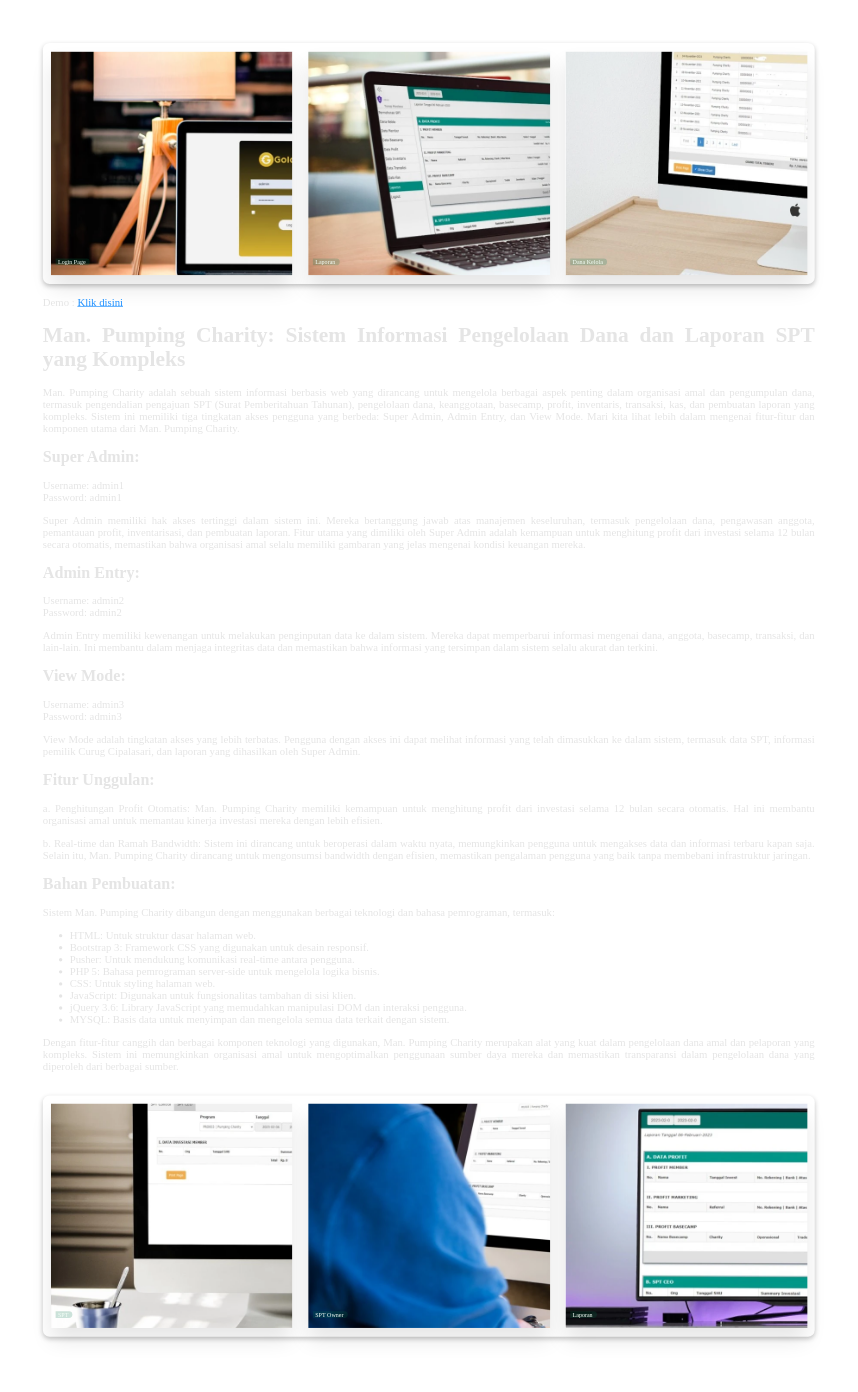
Repository: yusup-maulana/yusup-maulana.github.io
Page: portofolio-manpumping.html
These files come from the project's save history. The page is drawn as it stood at one moment and after the next save; the edit follows.
The browser window is 1280 px wide. The pictures show the whole page, at 67% of full size.
Some web fonts or font styles are not loaded; a fallback is used.

Above is the page before, as saved 2023-10-06 21:27:28.

After the next save:
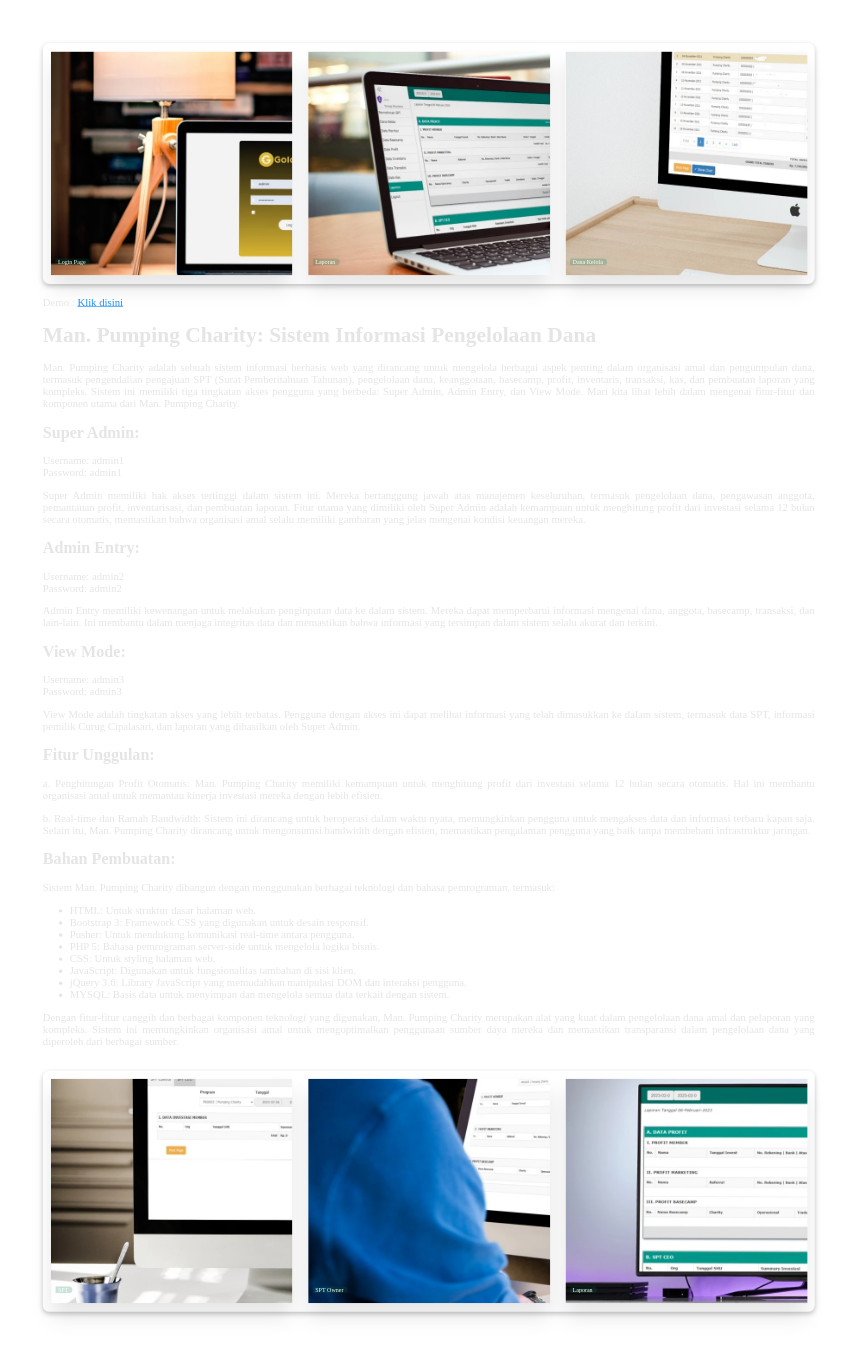
Saved 2 min 37 s later.
--- a/portofolio-manpumping.html
+++ b/portofolio-manpumping.html
@@ -118,10 +118,7 @@
   <a target="_blank" href="https://maulana-project122.000webhostapp.com/"
     >Klik disini</a
   ><br />
-  <h1>
-    Man. Pumping Charity: Sistem Informasi Pengelolaan Dana dan Laporan SPT yang
-    Kompleks
-  </h1>
+  <h1>Man. Pumping Charity: Sistem Informasi Pengelolaan Dana</h1>
   <p>
     Man. Pumping Charity adalah sebuah sistem informasi berbasis web yang
     dirancang untuk mengelola berbagai aspek penting dalam organisasi amal dan
